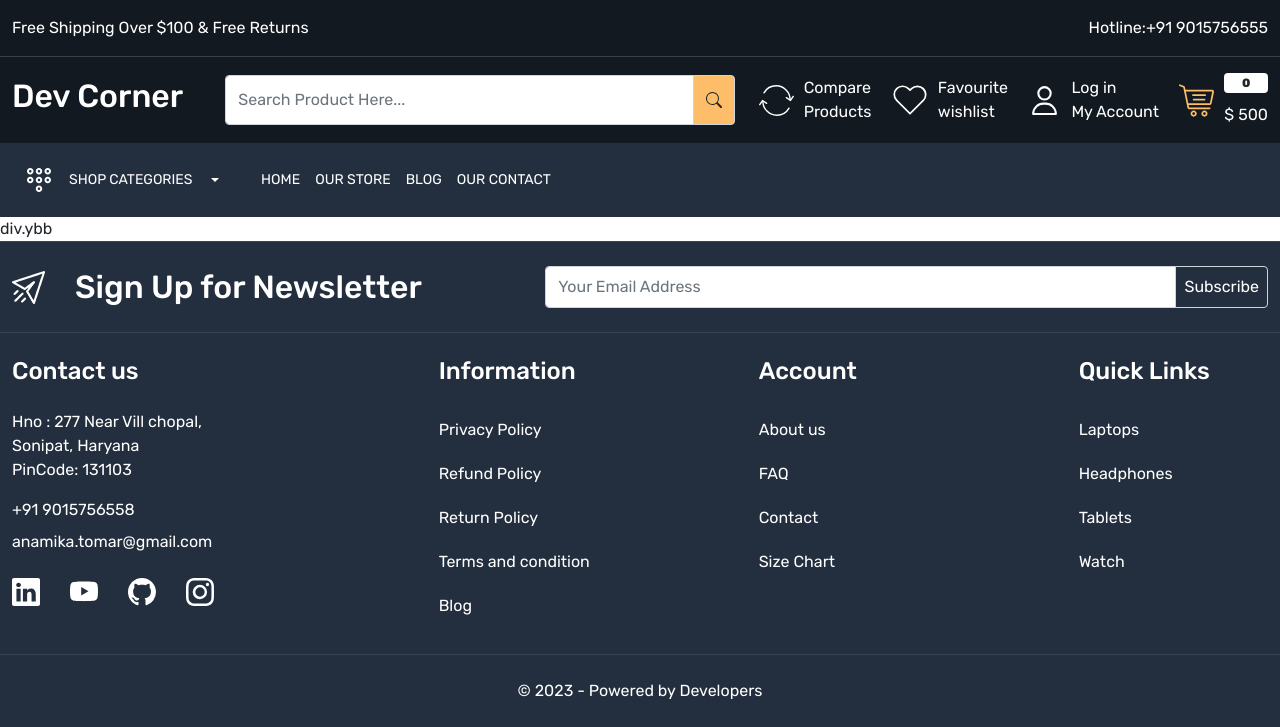
Repository: anamikatomar21/demo
Page: /
These files come from the project's save history. The page is drawn as it stood at one moment and after the next save; the edit follows.
The browser window is 1280 px wide. The pictures show the whole page.
The project was rebuilt for these pictures with package versions that can differ from the ones it lists, and the page was loaded fresh each time. Also part of the build but not shown: src/pages/About.js, src/pages/Contact.js.

Above is the page before, as saved 2023-05-14 18:49:50.

After the next save:
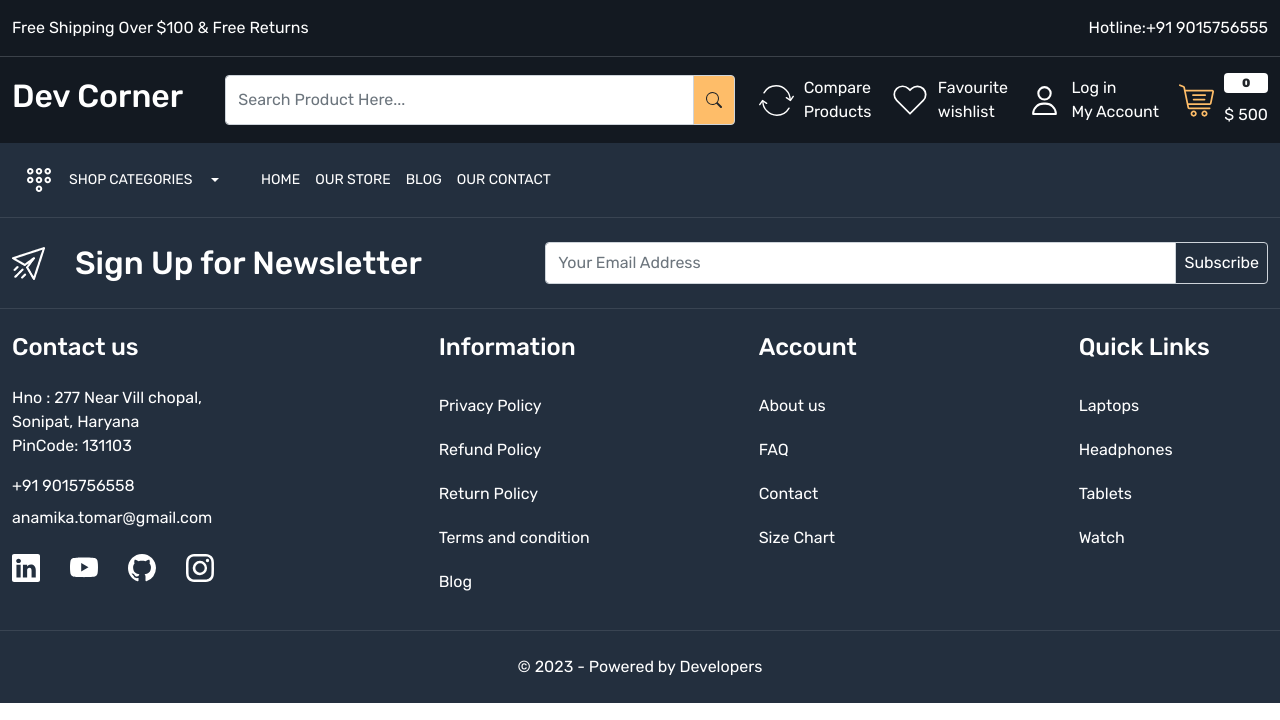
Saved 7 s later.
--- a/src/pages/Home.js
+++ b/src/pages/Home.js
@@ -4,7 +4,7 @@
   return (
    <>
    <section>
-    div.ybb
+
    </section>
    </>
   )

After the save that followed:
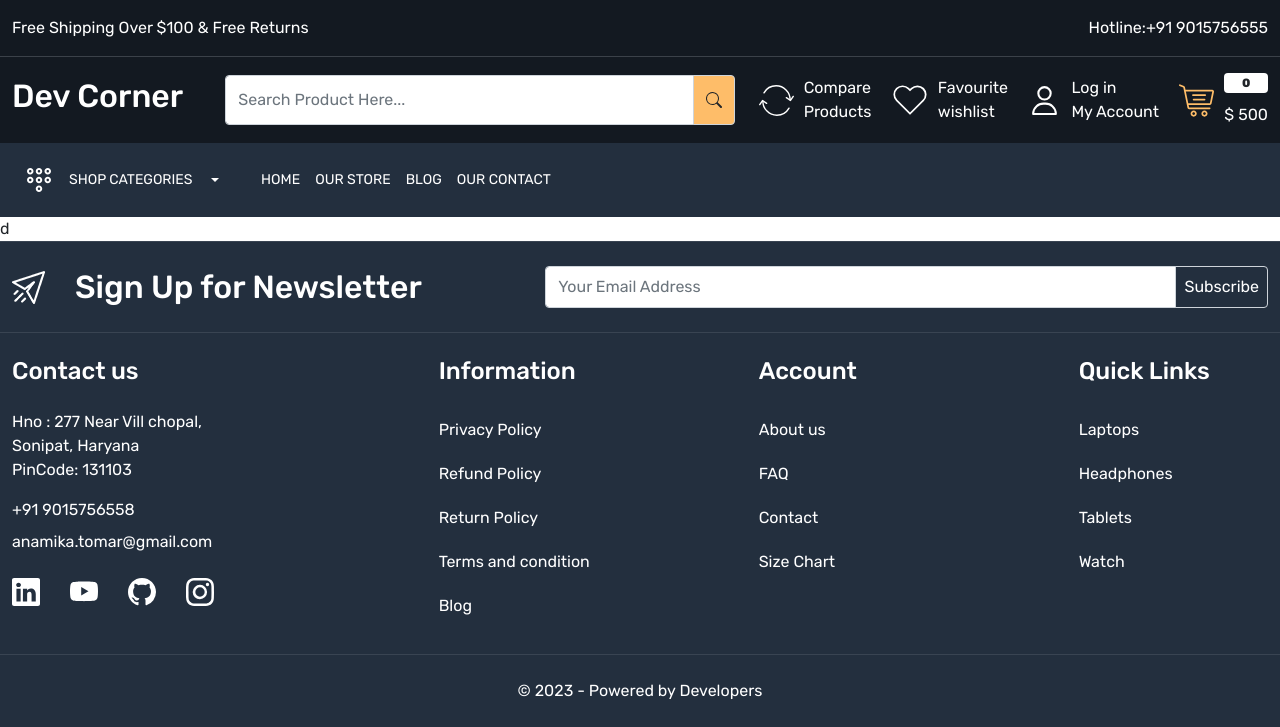
Saved 87 s later.
--- a/src/pages/Home.js
+++ b/src/pages/Home.js
@@ -4,7 +4,7 @@
   return (
    <>
    <section>
-
+    d
    </section>
    </>
   )
